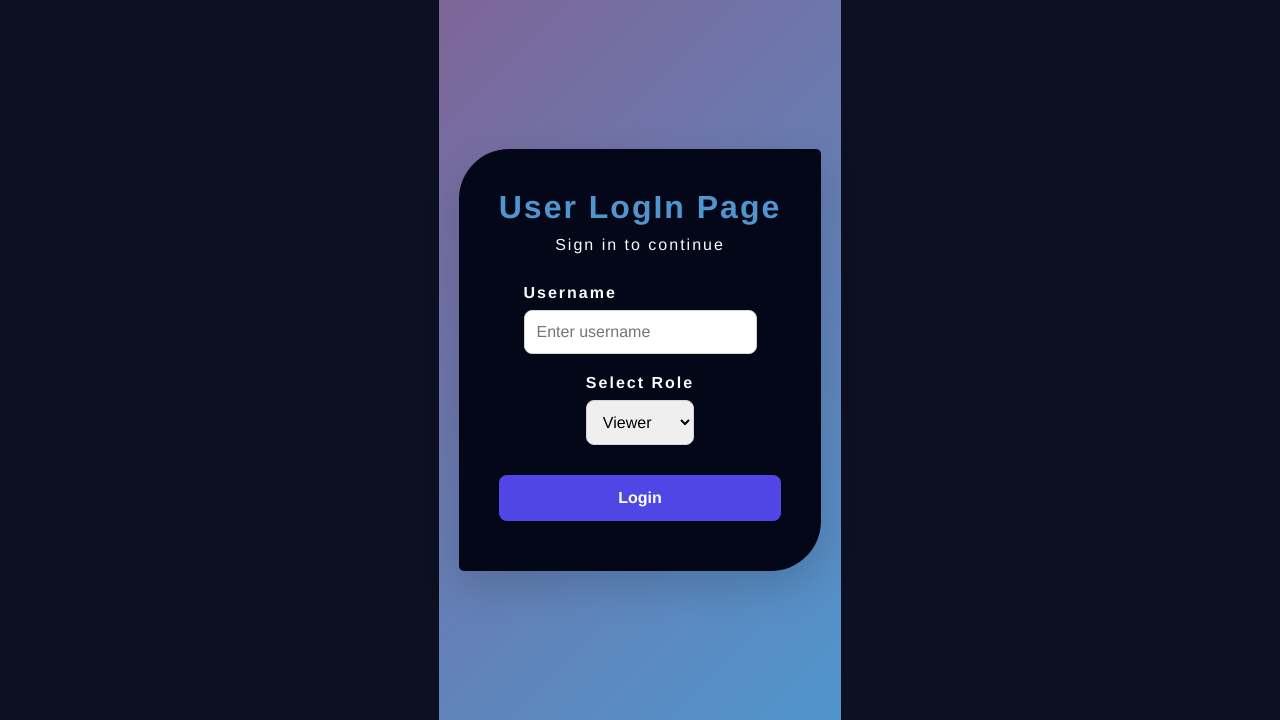
Repository: SolomonChinonso/myUserDashboard
Page: / (app in my-user-dashboard-app/)
These files come from the project's save history. The page is drawn as it stood at one moment and after a run of saves; the edit follows.
The browser window is 1280 px wide. The pictures show the whole page.
The project was rebuilt for these pictures with package versions that can differ from the ones it lists, and the page was loaded fresh each time. Also part of the build but not shown: my-user-dashboard-app/vite.config.ts, my-user-dashboard-app/src/App.css, my-user-dashboard-app/src/pages/Dashboard.tsx, my-user-dashboard-app/src/pages/Profile.tsx, my-user-dashboard-app/src/pages/Settings.tsx, my-user-dashboard-app/src/components/Navbar.tsx, my-user-dashboard-app/src/components/ProtectedRoute.tsx.

Above is the page before, as saved 2026-05-30 14:53:48.

### my-user-dashboard-app/index.html
<!doctype html>
<html lang="en">
  <head>
    <meta charset="UTF-8" />
    <link rel="icon" type="image/svg+xml" href="/favicon.svg" />
    <meta name="viewport" content="width=device-width, initial-scale=1.0" />
    <title>my-user-dashboard-app</title>
  </head>
  <body>
    <div id="root"></div>
    <script type="module" src="/src/main.tsx"></script>
  </body>
</html>

### my-user-dashboard-app/src/main.tsx
import React from "react";
import ReactDOM from "react-dom/client";
import App from "./App";
import { BrowserRouter } from "react-router-dom";
import { AuthProvider } from "./context/AuthProvider"
import "./index.css"


ReactDOM.createRoot(document.getElementById("root")!).render(
  <React.StrictMode>
    <BrowserRouter>
      <AuthProvider>
        <App />
      </AuthProvider>
    </BrowserRouter>
  </React.StrictMode>
);

### my-user-dashboard-app/src/App.tsx
import {
  Routes,
  Route,
  Navigate,
} from "react-router-dom";
import "./App.css"

import Login from "./pages/Login";
import Dashboard from "./pages/Dashboard";
import Profile from "./pages/Profile";
import Settings from "./pages/Settings";

import Navbar from "./components/Navbar";
import ProtectedRoute from "./components/ProtectedRoute";

import { useAuth } from "./hooks/useAuth";

function App() {
  const { user } = useAuth();

  return (
    <div className="app-section">
      {user && <Navbar />}

      <Routes>
        {/* Redirect homepage to login */}
        <Route
          path="/"
          element={<Navigate to="/login" replace />}
        />

        <Route
          path="/login"
          element={<Login />}
        />

        <Route
          path="/dashboard"
          element={
            <ProtectedRoute>
              <Dashboard />
            </ProtectedRoute>
          }
        />

        <Route
          path="/profile"
          element={
            <ProtectedRoute>
              <Profile />
            </ProtectedRoute>
          }
        />

        <Route
          path="/settings"
          element={
            <ProtectedRoute adminOnly>
              <Settings />
            </ProtectedRoute>
          }
        />

        {/* Catch-all route */}
        <Route
          path="*"
          element={<Navigate to="/login" replace />}
        />
      </Routes>
    </div>
  );
}

export default App;

### my-user-dashboard-app/src/context/AuthProvider.tsx
import {
  useState,
  type ReactNode,
} from "react";

import type { User } from "../types/user";

import { AuthContext } from "./AuthContext";

interface AuthProviderProps {
  children: ReactNode;
}

export const AuthProvider = ({
  children,
}: AuthProviderProps) => {
  const [user, setUser] =
    useState<User | null>(null);

  const login = (userData: User) => {
    setUser(userData);
  };

  const logout = () => {
    setUser(null);
  };

  return (
    <AuthContext.Provider
      value={{
        user,
        login,
        logout,
      }}
    >
      {children}
    </AuthContext.Provider>
  );
};

### my-user-dashboard-app/src/index.css
*{
    margin: 0;
    padding: 0;
    font-family: 'Franklin Gothic Medium', 'Arial Narrow', Arial, sans-serif;
    box-sizing: border-box;
}
body{
    display: flex;
    justify-content: center;
    align-items: center;
    letter-spacing: 2px;
    background-color: #0c1022;
}

### my-user-dashboard-app/src/pages/Login.tsx
// import { useState } from "react";
// import { useNavigate } from "react-router-dom";
// import { useAuth } from "../hooks/useAuth";
// import "./Login.css"

// const Login = () => {
//   const [username, setUsername] = useState("");
//   const [role, setRole] = useState("Viewer");

//   const { login } = useAuth();
//   const navigate = useNavigate();

//   const handleLogin = () => {
//     login({
//       username,
//       role: role as "Admin" | "Editor" | "Viewer",
//     });

//     navigate("/dashboard");
//   };

//   return (
//     <div className="login-page">
//       <h1>Login</h1>

//       <input
//         type="text"
//         placeholder="Username"
//         value={username}
//         onChange={(e) => setUsername(e.target.value)}
//       />

//       <select
//         value={role}
//         onChange={(e) => setRole(e.target.value)}
//       >
//         <option>Admin</option>
//         <option>Editor</option>
//         <option>Viewer</option>
//       </select>

//       <button onClick={handleLogin}>
//         Login
//       </button>
//     </div>
//   );
// };

// export default Login;
import { useState } from "react";
import { useNavigate } from "react-router-dom";
import { useAuth } from "../hooks/useAuth";
import "./Login.css";

const Login = () => {
  const [username, setUsername] = useState("");
  const [role, setRole] = useState("Viewer");

  const { login } = useAuth();
  const navigate = useNavigate();

  const handleLogin = () => {
    login({
      username,
      role: role as "Admin" | "Editor" | "Viewer",
    });

    navigate("/dashboard");
  };

  return (
    <div className="login-page">
      <div className="login-card">
        <h1>User LogIn Page</h1>
        <p className="subtitle">
          Sign in to continue
        </p>

        <div className="form-group">
          <label>Username</label>
          <input
            type="text"
            placeholder="Enter username"
            value={username}
            onChange={(e) =>
              setUsername(e.target.value)
            }
          />
        </div>

        <div className="form-group">
          <label>Select Role</label>
          <select
            value={role}
            onChange={(e) =>
              setRole(e.target.value)
            }
          >
            <option>Admin</option>
            <option>Editor</option>
            <option>Viewer</option>
          </select>
        </div>

        <button
          className="login-btn"
          onClick={handleLogin}
        >
          Login
        </button>
      </div>
    </div>
  );
};

export default Login;

### my-user-dashboard-app/src/hooks/useAuth.ts
import { useContext } from "react";

import { AuthContext } from "../context/AuthContext";

export const useAuth = () => {
  const context = useContext(AuthContext);

  if (!context) {
    throw new Error(
      "useAuth must be used inside AuthProvider"
    );
  }

  return context;
};

### my-user-dashboard-app/src/context/AuthContext.ts
import { createContext } from "react";

import type { User } from "../types/user";

export interface AuthContextType {
  user: User | null;
  login: (user: User) => void;
  logout: () => void;
}
export const AuthContext =
  createContext<AuthContextType | null>(null);

### my-user-dashboard-app/src/pages/Login.css
/* Full page layout */
.login-page {
  min-height: 100vh;
  display: flex;
  justify-content: center;
  align-items: center;

  background: linear-gradient(
    135deg,
    #7e6598,
    #5095cd
  );

  padding: 20px;
}

/* Login card */
.login-card {
  width: 100%;
  max-width: 400px;
  height: 70%;
  background: #040717;
  padding: 40px;
  border-radius: 50px 5px;
  display: flex;
  flex-direction: column;
  justify-content: center;
  align-items: center;
  box-shadow: 0 15px 40px
    rgba(0, 0, 0, 0.15);

  text-align: center;
}

/* Heading */
.login-card h1 {
  margin-bottom: 10px;
  color: #5095cd;
}

.subtitle {
  color: #fafcfe;
  margin-bottom: 30px;
}

/* Form group */
.form-group {

  display: flex;
  flex-direction: column;
  text-align: left;
  margin-bottom: 20px;
}

.form-group label {
  margin-bottom: 8px;
  font-weight: 600;
  color: #fbfcfe;
}

/* Inputs */
.form-group input,
.form-group select {
  padding: 12px;
  border: 1px solid #d1d5db;
  border-radius: 8px;
  width: 100%;
  font-size: 16px;
  outline: none;

  transition: 0.3s ease;
}

.form-group input:focus,
.form-group select:focus {
  border-color: #4f46e5;
  box-shadow: 0 0 0 3px
    rgba(79, 70, 229, 0.15);
}

/* Button */
.login-btn {
  width: 100%;
  padding: 14px;

  border: none;
  border-radius: 8px;

  background: #4f46e5;
  color: white;

  font-size: 16px;
  font-weight: bold;

  cursor: pointer;
  transition: 0.3s ease;
}

.login-btn:hover {
  background: #4338ca;
  transform: translateY(-2px);
}

### my-user-dashboard-app/src/components/Navbar.css
nav{
    background-color: rgb(154, 195, 231);
    display: flex;
    justify-content: space-between;
    align-items: center;
    margin: 20px;
    padding: 30px;
    max-width: 100vw;
    border-radius: 50px;

}
.links{
    display: flex;
    gap: 20px;

}
a{
    font-family: Arial, Helvetica, sans-serif;
    text-decoration: none;
    color: rgb(4, 4, 21);

}
button{
    font-size: 1rem;
    color: #4d4894;
    padding: 5px 20px;
    margin: 10px;
    border: 2px solid #0ff;
    border-radius: 50px;
    background: transparent;
    cursor: pointer;
    transition: 0.3s ease-in-out;
}
span{
    order: -1;
    background: white;
    color: rgb(22, 24, 86);
}

After the next 2 saves:
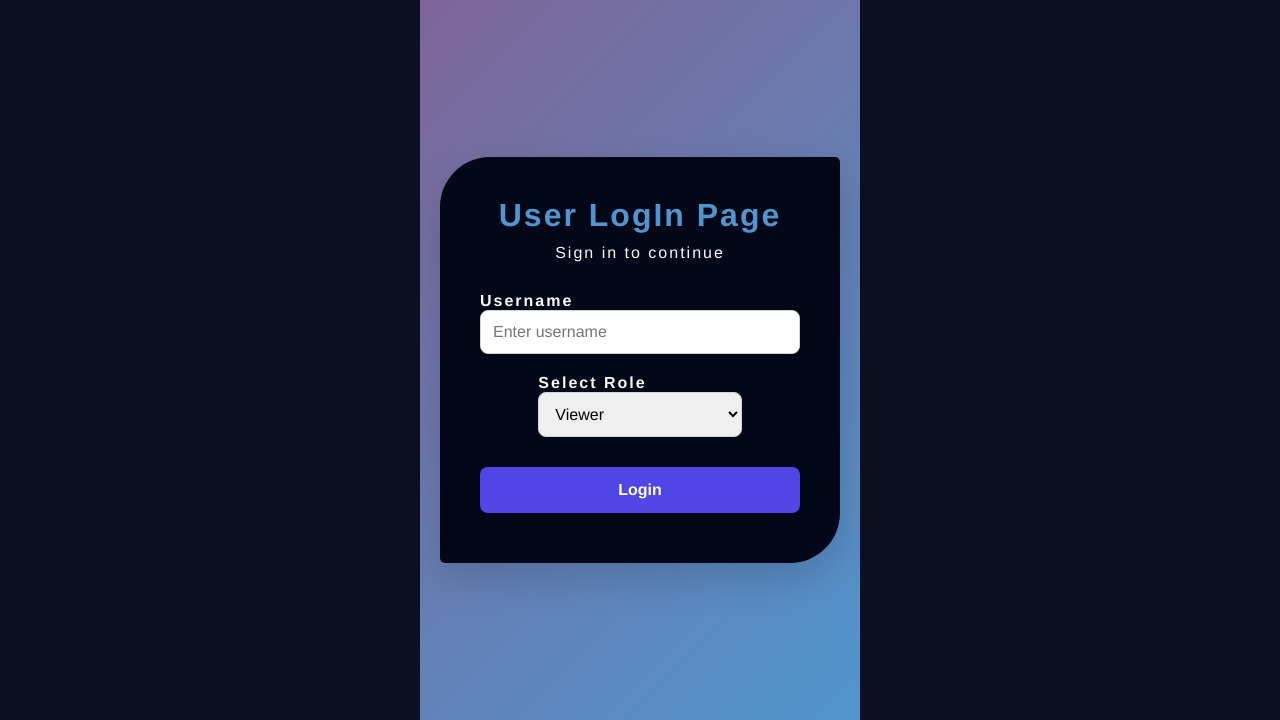
The 2 saves are shown as one change because they came seconds apart.
The last was saved 7 s later.
--- a/my-user-dashboard-app/src/pages/Login.css
+++ b/my-user-dashboard-app/src/pages/Login.css
@@ -45,7 +45,7 @@
 
 /* Form group */
 .form-group {
-
+    border
   display: flex;
   flex-direction: column;
   text-align: left;

After the save that followed:
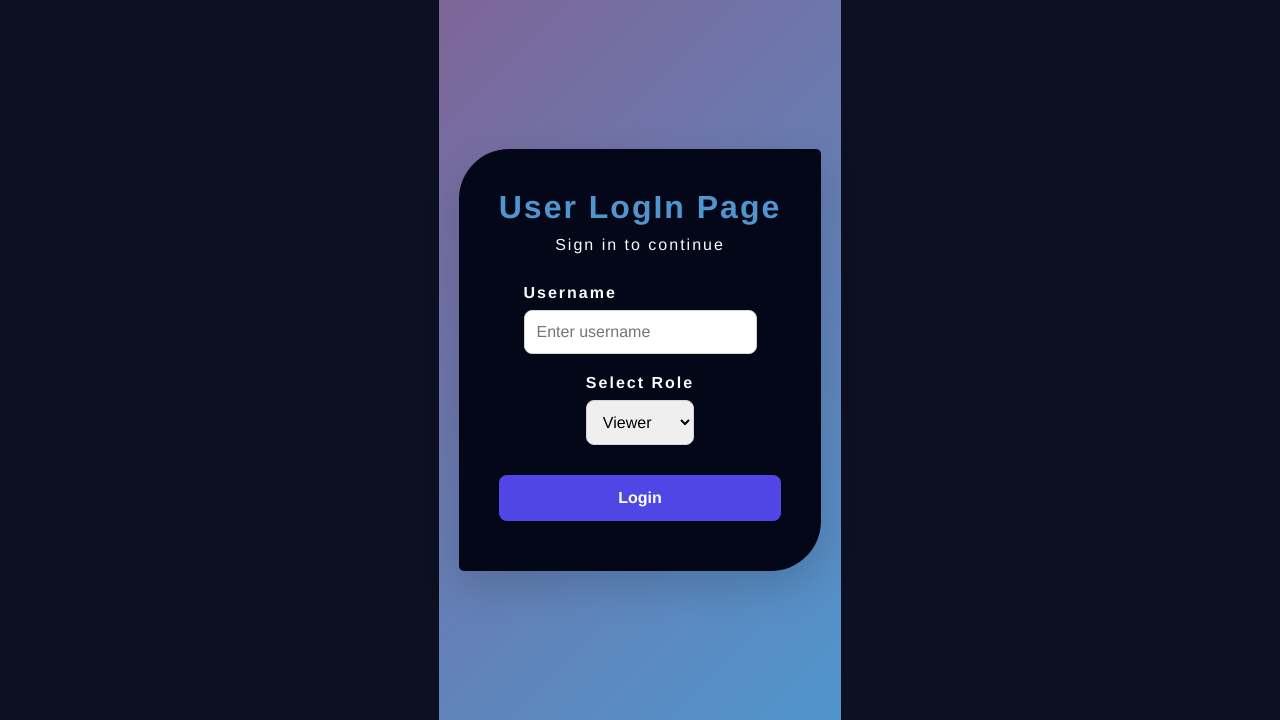
Saved 4 s later.
--- a/my-user-dashboard-app/src/pages/Login.css
+++ b/my-user-dashboard-app/src/pages/Login.css
@@ -45,7 +45,7 @@
 
 /* Form group */
 .form-group {
-    border
+    border: ;
   display: flex;
   flex-direction: column;
   text-align: left;
